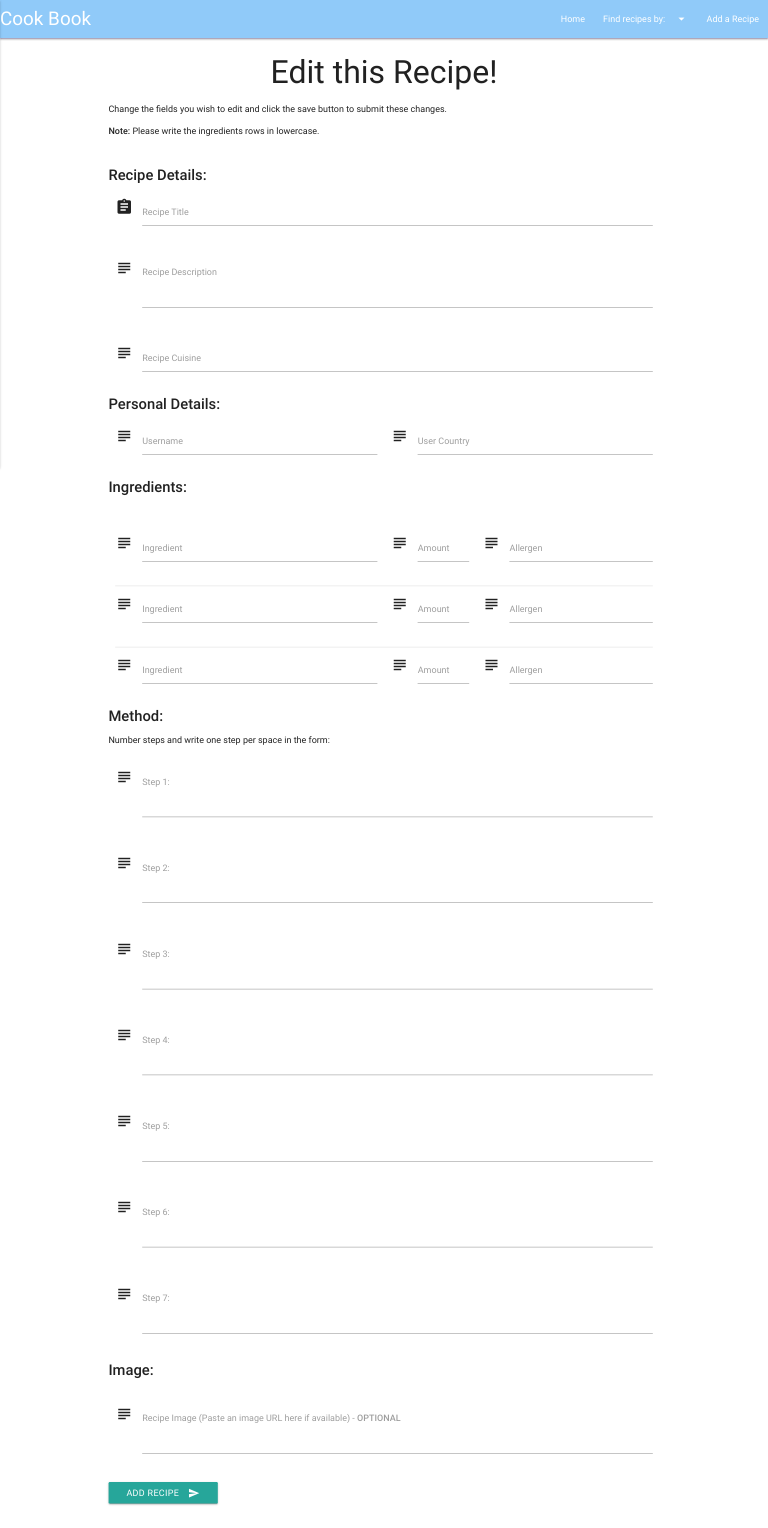
Repository: MarkSheehan72/milestone-project-3
Page: templates/edit_recipe.html
The author's editor kept a record of every edit. The page is drawn from the files as they stood at one moment, then again after the next edit.
The browser window is 1280 px wide. The pictures show the whole page, at 60% of full size.
Some web libraries are served in a nearby version. The page is served by the project's application, run on Flask 3 (app.py). The template is opened directly, without the code that normally fills it, so the values that code supplies are empty.

Above is the page before.

### templates/edit_recipe.html
{% extends 'base.html' %}
{% block content%}

<div class="row">
    <h2 class="center-align">Edit this Recipe!</h2>
    <p>Change the fields you wish to edit and click the save button to submit these changes.</p>
    <p><strong>Note:</strong> Please write the ingredients rows in lowercase.</p>
</div>

<div class="row">
    <form action="{{url_for('insert_recipe')}}" method="POST" class="col s12">
        <div class="row">
            <h5><strong>Recipe Details:</strong></h5>
            <div class="input-field col s12">
                <i class="material-icons prefix">assignment</i>
                <input id="recipe_title" name="recipe_title" type="text" class="validate" value="{{recipe.recipe_title}}">
                <label for="icon_prefix">Recipe Title</label>
            </div>
        </div>
        <div class="row">
            <div class="input-field col s12">
                <i class="material-icons prefix">subject</i>
                <textarea name="recipe_description" id="recipe_description" class="materialize-textarea">{{recipe.recipe_description}}</textarea>
                <label for="icon_telephone">Recipe Description</label>
            </div>
        </div>
        <div class="row">
            <div class="input-field col s12">
                <i class="material-icons prefix">subject</i>
                <input name="recipe_cuisine" id="recipe_cuisine" type="text" class="validate" value="{{recipe.recipe_cuisine}}">
                <label for="icon_telephone">Recipe Cuisine</label>
            </div>
        </div>
        <div class="row">
            <h5><strong>Personal Details:</strong></h5>
            <div class="input-field col s6">
                <i class="material-icons prefix">subject</i>
                <input name="user_name" id="user_name" type="text" class="validate" value="{{recipe.user.name}}">
                <label for="icon_telephone">Username</label>
            </div>
            <div class="input-field col s6">
                <i class="material-icons prefix">subject</i>
                <input name="user_country" id="user_country" type="text" class="validate" value="{{recipe.user.country}}">
                <label for="icon_telephone">User Country</label>
            </div>
        </div>
        <div class="row">
            <h5><strong>Ingredients:</strong></h5>
        </div>
        <div class="row">
            {% for ingredient in recipe.ingredients.name %}
            <div class="input-field col s12 m6">
                <i class="material-icons prefix">subject</i>
                <input name="ingredient_name" id="ingredient_name" type="text" class="validate" value="{{ingredient}}">
                <label for="icon_telephone">Ingredient</label>
            </div>
            {% endfor %}
            {% for amount in recipe.ingredients.amount %}
            <div class="input-field col s6 m2">
                <i class="material-icons prefix">subject</i>
                <input name="ingredient_amount" id="ingredient_amount" type="text" class="validate" value="{{amount}}">
                <label for="icon_telephone">Amount</label>
            </div>
            {% endfor %}
            {% for allergen in recipe.ingredients.allergen %}
            <div class="input-field col s6 m4">
                <i class="material-icons prefix">subject</i>
                <input name="ingredient_allergen" id="ingredient_allergen" type="text" class="validate" value="{{allergen}}">
                <label for="icon_telephone">Allergen</label>
            </div>
            {% endfor %}
        </div>
        <div class="row">
            <div class="input-field col s12 m6">
                <i class="material-icons prefix">subject</i>
                <input name="ingredient_name" id="ingredient_name" type="text" class="validate">
                <label for="icon_telephone">Ingredient</label>
            </div>
            <div class="input-field col s6 m2">
                <i class="material-icons prefix">subject</i>
                <input name="ingredient_amount" id="ingredient_amount" type="text" class="validate">
                <label for="icon_telephone">Amount</label>
            </div>
            <div class="input-field col s6 m4">
                <i class="material-icons prefix">subject</i>
                <input name="ingredient_allergen" id="ingredient_allergen" type="text" class="validate">
                <label for="icon_telephone">Allergen</label>
            </div>
        </div>
        <div class="divider"></div>
        <div class="row">
            <div class="input-field col s12 m6">
                <i class="material-icons prefix">subject</i>
                <input name="ingredient_name" id="ingredient_name" type="text" class="validate">
                <label for="icon_telephone">Ingredient</label>
            </div>
            <div class="input-field col s6 m2">
                <i class="material-icons prefix">subject</i>
                <input name="ingredient_amount" id="ingredient_amount" type="text" class="validate">
                <label for="icon_telephone">Amount</label>
            </div>
            <div class="input-field col s6 m4">
                <i class="material-icons prefix">subject</i>
                <input name="ingredient_allergen" id="ingredient_allergen" type="text" class="validate">
                <label for="icon_telephone">Allergen</label>
            </div>
        </div>
        <div class="divider"></div>
        <div class="row">
            <div class="input-field col s12 m6">
                <i class="material-icons prefix">subject</i>
                <input name="ingredient_name" id="ingredient_name" type="text" class="validate">
                <label for="icon_telephone">Ingredient</label>
            </div>
            <div class="input-field col s6 m2">
                <i class="material-icons prefix">subject</i>
                <input name="ingredient_amount" id="ingredient_amount" type="text" class="validate">
                <label for="icon_telephone">Amount</label>
            </div>
            <div class="input-field col s6 m4">
                <i class="material-icons prefix">subject</i>
                <input name="ingredient_allergen" id="ingredient_allergen" type="text" class="validate">
                <label for="icon_telephone">Allergen</label>
            </div>
        </div>
        <div class="row">
            <h5><strong>Method:</strong></h5>
            <p>Number steps and write one step per space in the form:</p>
        </div>
        <div class="row">
            <div class="input-field col s12">
                <i class="material-icons prefix">subject</i>
                <textarea name="recipe_method" id="recipe_method" class="materialize-textarea"></textarea>
                <label for="icon_telephone">Step 1:</label>
            </div>
        </div>
        <div class="row">
            <div class="input-field col s12">
                <i class="material-icons prefix">subject</i>
                <textarea name="recipe_method" id="recipe_method" class="materialize-textarea"></textarea>
                <label for="icon_telephone">Step 2:</label>
            </div>
        </div>
        <div class="row">
            <div class="input-field col s12">
                <i class="material-icons prefix">subject</i>
                <textarea name="recipe_method" id="recipe_method" class="materialize-textarea"></textarea>
                <label for="icon_telephone">Step 3:</label>
            </div>
        </div>
        <div class="row">
            <div class="input-field col s12">
                <i class="material-icons prefix">subject</i>
                <textarea name="recipe_method" id="recipe_method" class="materialize-textarea"></textarea>
                <label for="icon_telephone">Step 4:</label>
            </div>
        </div>
        <div class="row">
            <div class="input-field col s12">
                <i class="material-icons prefix">subject</i>
                <textarea name="recipe_method" id="recipe_method" class="materialize-textarea"></textarea>
                <label for="icon_telephone">Step 5:</label>
            </div>
        </div>
        <div class="row">
            <div class="input-field col s12">
                <i class="material-icons prefix">subject</i>
                <textarea name="recipe_method" id="recipe_method" class="materialize-textarea"></textarea>
                <label for="icon_telephone">Step 6:</label>
            </div>
        </div>
        <div class="row">
            <div class="input-field col s12">
                <i class="material-icons prefix">subject</i>
                <textarea name="recipe_method" id="recipe_method" class="materialize-textarea"></textarea>
                <label for="icon_telephone">Step 7:</label>
            </div>
        </div>
        <div class="row">
            <h5><strong>Image:</strong></h5>
        </div>
        <div class="row">
            <div class="input-field col s12">
                <i class="material-icons prefix">subject</i>
                <textarea name="image" id="image" type="text" class="materialize-textarea"></textarea>
                <label for="icon_telephone">Recipe Image (Paste an image URL here if available) - <strong>OPTIONAL</strong></label>
            </div>
        </div>

        <div class="row">
            <button class="btn waves-effect waves-light" type="submit" name="action">Add Recipe
                <i class="material-icons right">send</i>
            </button>
        </div>
    </form>
</div>


{% endblock %}

### templates/base.html
<!DOCTYPE html>
<html lang="en">

<head>
    <meta charset="UTF-8">
    <meta name="viewport" content="width=device-width, initial-scale=1.0">
    <meta http-equiv="X-UA-Compatible" content="ie=edge">
    <title>Document</title>

    <link href="https://fonts.googleapis.com/icon?family=Material+Icons" rel="stylesheet">
    <link rel="stylesheet" href="https://cdnjs.cloudflare.com/ajax/libs/materialize/0.100.2/css/materialize.min.css">
    <link rel="stylesheet" href="{{url_for('static', filename='css/style.css')}}" type="text/css" />

</head>

<body>

    <header>
        <ul id="dropdown1" class="dropdown-content">
            <li><a href="{{url_for('search_recipe_title')}}">Recipe Title</a></li>
            <li class="divider"></li>
            <li><a href="{{url_for('search_cuisine')}}">Cuisine</a></li>
            <li class="divider"></li>
            <li><a href="{{url_for('search_ingredient')}}">Ingredients</a></li>
            <li class="divider"></li>
            <li><a href="{{url_for('search_username')}}">Your Username</a></li>
        </ul>
        <nav>
            <div class="nav-wrapper blue lighten-3">
                <a href="{{url_for('index')}}" class="brand-logo">Cook Book</a>
                <a href="#" data-activates="mobile-demo" class="button-collapse"><i class="material-icons">menu</i></a>
                <ul id="nav-mobile" class="right hide-on-med-and-down">
                    <li><a href="{{url_for('index')}}">Home</a></li>
                    <li><a class="dropdown-button" href="#!" data-activates="dropdown1">Find recipes by:<i class="material-icons right">arrow_drop_down</i></a></li>
                    <li><a href="{{url_for('add_recipe')}}">Add a Recipe</a></li>
                </ul>
                <ul class="side-nav" id="mobile-demo">
                    <li><a href="{{url_for('index')}}">Home</a></li>
                    <li><a href="#!">Find a Recipe</a></li>
                    <li><a href="{{url_for('add_recipe')}}">Add a Recipe</a></li>
                </ul>
            </div>
        </nav>
    </header>

    <div class="container">
        {% block content %} {% endblock %}

    </div>

    <script src="https://cdnjs.cloudflare.com/ajax/libs/jquery/3.2.1/jquery.min.js"></script>
    <script src="https://cdnjs.cloudflare.com/ajax/libs/materialize/0.100.2/js/materialize.min.js"></script>
    <script type="text/javascript">
        $(document).ready(function() {
            $('.collapsible').collapsible();
            $('select').material_select();
            $(".button-collapse").sideNav();
            $(".dropdown-button").dropdown({ hover: true });
        });
    </script>

</body>

</html>

### app.py
import os
from flask import Flask, render_template, redirect, request, url_for
from flask_pymongo import PyMongo
from bson.objectid import ObjectId

app = Flask(__name__)

app.config["MONGO_DBNAME"] = 'cook_book'
app.config["MONGO_URI"] = 'mongodb+srv://root:r00tUser@myfirstcluster-chhcw.mongodb.net/cook_book?retryWrites=true&w=majority'

mongo = PyMongo(app)

@app.route('/')
@app.route('/index')
def index():
    return render_template("index.html")

@app.route('/add_recipe')
def add_recipe():
    return render_template("addrecipe.html", recipes=mongo.db.recipes.find(), categories=mongo.db.categories.find())

@app.route('/insert_recipe', methods=['POST'])
def insert_recipe():
    recipes = mongo.db.recipes
    recipes.insert(
    {
        'recipe_title': request.form.get('recipe_title').lower(),
        'recipe_description': request.form.get('recipe_description').lower(),
        'recipe_cuisine': request.form.get('recipe_cuisine').lower(),
        'user':
            {'name': request.form.get('user_name').lower(),
            'country': request.form.get('user_country').lower()},
        'ingredients':
            {'name': request.form.getlist('ingredient_name'),
            'amount': request.form.getlist('ingredient_amount'),
            'allergen': request.form.getlist('ingredient_allergen')},
        'method': request.form.getlist('recipe_method').lower(),
        'image': request.form.get('image').lower()
    })
    return redirect(url_for('thanks'))


@app.route('/thanks')
def thanks():
    return render_template("thanks.html")


@app.route('/get_recipes')
def get_recipes():
    recipes=mongo.db.recipes.find()
    categories=mongo.db.categories.find()
    return render_template("recipes.html", recipes=recipes, categories=categories)


@app.route('/search_category/<category_id>')
def search_category(category_id):
    the_category = mongo.db.categories.find({'_id': ObjectId(category_id)})
    all_categories = mongo.db.categories.find()
    recipes=mongo.db.recipes.find()
    return render_template("search_category.html", recipes=recipes, category=the_category, categories=all_categories)


@app.route('/search_recipes/<category_id>', methods=['POST'])
def search_recipes(category_id):
    the_category = mongo.db.categories.find({'_id': ObjectId(category_id)})
    all_categories = mongo.db.categories.find()
    recipes=mongo.db.recipes.find()
    search = request.form.get('search_recipes')
    title_search = mongo.db.recipes.find({"recipe_title": {"$regex":search}})
    cuisine_search = mongo.db.recipes.find({"recipe_cuisine": {"$regex":search}})
    ingredients_search = mongo.db.recipes.find({"ingredients.name": {"$regex":search}})
    return render_template("search_recipes.html", recipes=recipes, category=the_category, categories=all_categories, title_search=title_search, cuisine_search=cuisine_search, ingredients_search=ingredients_search)


@app.route('/search_username')
def search_username():
    recipes=mongo.db.recipes.find()
    return render_template("search_username.html", recipes=recipes)


@app.route('/search_recipes_by_username', methods=['POST'])
def search_recipes_by_username():
    recipes=mongo.db.recipes.find()
    search = request.form.get('search_recipes_by_username').lower()
    username_search = mongo.db.recipes.find({"user.name": {"$regex":search}})
    return render_template("search_recipes_by_username.html", recipes=recipes, username_search=username_search)


@app.route('/search_cuisine')
def search_cuisine():
    recipes=mongo.db.recipes.find()
    return render_template("search_cuisine.html", recipes=recipes)


@app.route('/search_recipes_by_cuisine', methods=['POST'])
def search_recipes_by_cuisine():
    recipes=mongo.db.recipes.find()
    search = request.form.get('search_recipes_by_cuisine').lower()
    cuisine_search = mongo.db.recipes.find({"recipe_cuisine": {"$regex":search}})
    return render_template("search_recipes_by_cuisine.html", recipes=recipes, cuisine_search=cuisine_search)


@app.route('/search_ingredient')
def search_ingredient():
    recipes=mongo.db.recipes.find()
    return render_template("search_ingredient.html", recipes=recipes)


@app.route('/search_recipes_by_ingredient', methods=['POST'])
def search_recipes_by_ingredient():
    recipes=mongo.db.recipes.find()
    search = request.form.get('search_recipes_by_ingredient')
    ingredient_search = mongo.db.recipes.find({"ingredients.name": {"$regex":search}})
    return render_template("search_recipes_by_ingredient.html", recipes=recipes, ingredient_search=ingredient_search)


@app.route('/search_recipe_title')
def search_recipe_title():
    recipes=mongo.db.recipes.find()
    return render_template("search_recipe_title.html", recipes=recipes)


@app.route('/search_recipes_by_recipe_title', methods=['POST'])
def search_recipes_by_recipe_title():
    recipes=mongo.db.recipes.find()
    search = request.form.get('search_recipes_by_recipe_title').lower()
    recipe_title_search = mongo.db.recipes.find({"recipe_title": {"$regex":search}})
    return render_template("search_recipes_by_recipe_title.html", recipes=recipes, recipe_title_search=recipe_title_search)

@app.route('/the_recipe/<recipe_id>')
def the_recipe(recipe_id):
    the_recipe = mongo.db.recipes.find({'_id': ObjectId(recipe_id)})
    mongo.db.recipes.update({'_id': ObjectId(recipe_id)}, { '$inc': { 'views': 1 } })
    return render_template("the_recipe.html", recipe=the_recipe)

@app.route('/edit_recipe/<recipe_id>')
def edit_recipe(recipe_id):
    the_recipe = mongo.db.recipes.find_one({'_id': ObjectId(recipe_id)})
    return render_template('edit_recipe.html', recipe=the_recipe)

@app.route('/delete_recipe/<recipe_id>')
def delete_recipe(recipe_id):
    recipes = mongo.db.recipes
    recipes.remove({'_id': ObjectId(recipe_id)})
    return redirect(url_for('index'))





# @app.route('/the_recipe/<recipe_id>')
# def the_recipe(recipe_id):
#     the_recipe = mongo.db.recipes.find({'_id': ObjectId(recipe_id)})
#     return render_template("the_recipe.html", recipe=the_recipe)




# @app.route('/cuisine', methods=['POST'])
# def cuisine():
#     return render_template("cuisine.html", recipes=mongo.db.recipes.find(), cuisine=mongo.db.recipes.cuisine.find(), categories=mongo.db.categories.find())


# @app.route('/cuisine_recipes/<cuisine_choice>', methods=['POST'])
# def cuisine_recipes(cuisine_choice):
#     the_cuisine = mongo.db.recipes.find({'cuisine': ObjectId(cuisine_choice)})
#     return render_template("cuisine_recipes.html", cuisine=the_cuisine, recipes=mongo.db.recipes.find(), categories=mongo.db.categories.find())


if __name__ == '__main__':
    app.run(host=os.environ.get('IP'),
    port=int(os.environ.get('PORT')),
    debug=True)

### static/css/style.css
#index-img {
    width: 290px;
    height: 200px;
}

After the next edit:
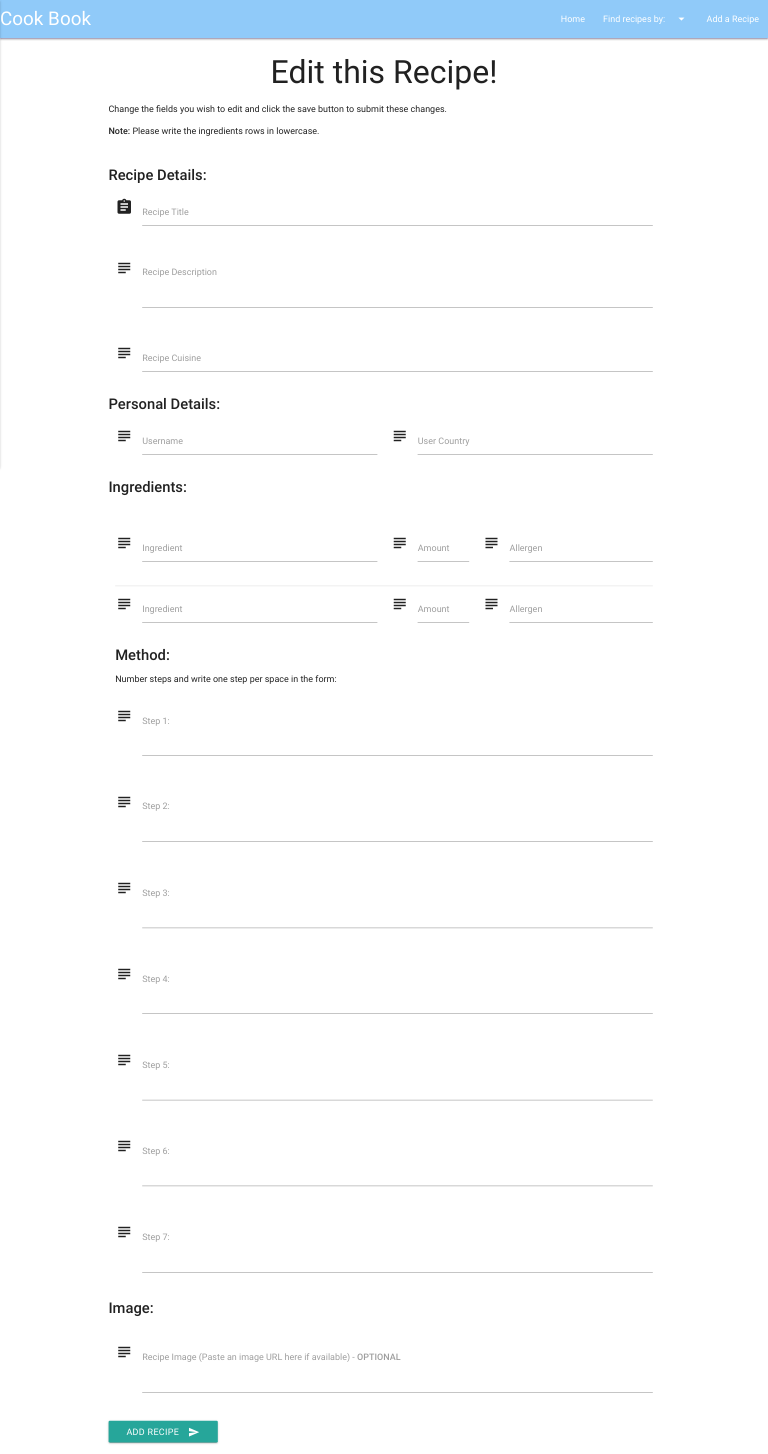
The edit:
--- a/templates/edit_recipe.html
+++ b/templates/edit_recipe.html
@@ -105,25 +105,6 @@
                 <label for="icon_telephone">Allergen</label>
             </div>
         </div>
-        <div class="divider"></div>
-        <div class="row">
-            <div class="input-field col s12 m6">
-                <i class="material-icons prefix">subject</i>
-                <input name="ingredient_name" id="ingredient_name" type="text" class="validate">
-                <label for="icon_telephone">Ingredient</label>
-            </div>
-            <div class="input-field col s6 m2">
-                <i class="material-icons prefix">subject</i>
-                <input name="ingredient_amount" id="ingredient_amount" type="text" class="validate">
-                <label for="icon_telephone">Amount</label>
-            </div>
-            <div class="input-field col s6 m4">
-                <i class="material-icons prefix">subject</i>
-                <input name="ingredient_allergen" id="ingredient_allergen" type="text" class="validate">
-                <label for="icon_telephone">Allergen</label>
-            </div>
-        </div>
-        <div class="row">
             <h5><strong>Method:</strong></h5>
             <p>Number steps and write one step per space in the form:</p>
         </div>
